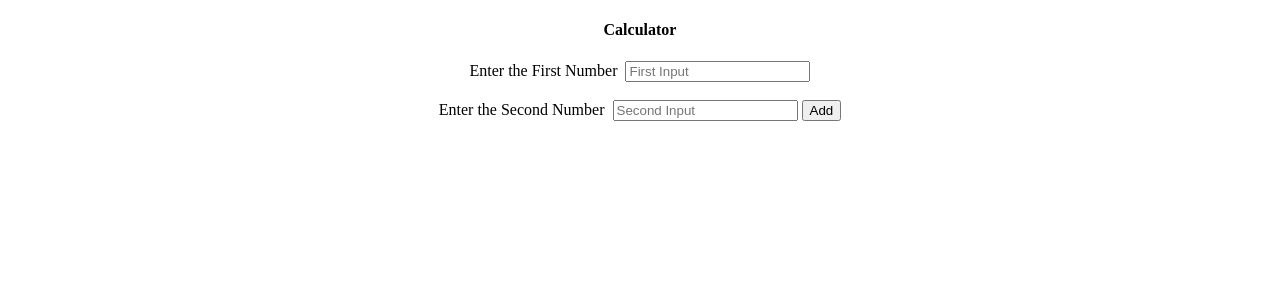
Repository: Shreyash1107/Intern_Projects
Page: Calculator/src/main/webapp/Calculator.html
These files come from the project's save history. The page is drawn as it stood at one moment and after the next save; the edit follows.
The browser window is 1280 px wide. The pictures show the whole page.

Above is the page before, as saved 2024-07-03 10:10:56.

### Calculator/src/main/webapp/Calculator.html
<!DOCTYPE html>
<html>
<head>
<meta charset="ISO-8859-1">
<title>Calculator</title>
</head>
<body>
		<center>
			<form>
				<div class="wrapper">
			<h4>Calculator</h4>
			<div class="container">
					<tr>
					<td>Enter the First Number</td>&nbsp;
						<td><input type="number" name="First" value="" placeholder="First Input"</td>
					</tr>
					<br><br>
					<tr>
						<td>Enter the Second Number</td>&nbsp;
						<td><input type="number" name="Second" value="" placeholder="Second Input"</td>
					</tr>
					<input type="submit" name="s" value="Add">
			</div>
		</div>
			</form>
		</center>
</body>
</html>

After the next save:
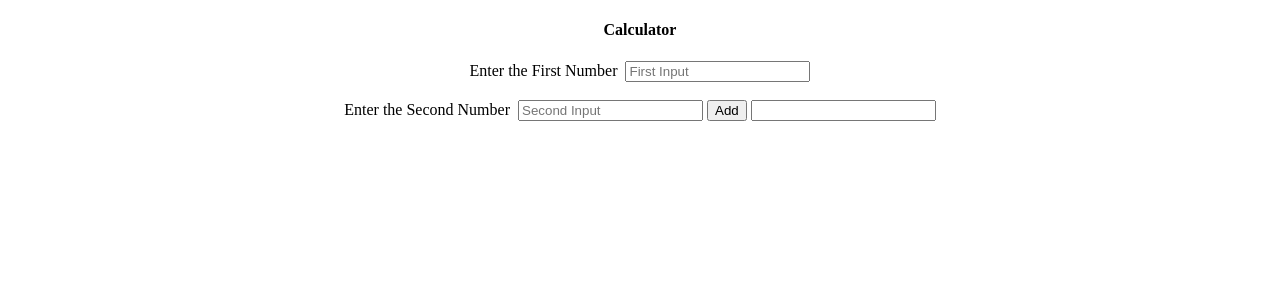
Saved 7 s later.
--- a/Calculator/src/main/webapp/Calculator.html
+++ b/Calculator/src/main/webapp/Calculator.html
@@ -20,6 +20,7 @@
 						<td><input type="number" name="Second" value="" placeholder="Second Input"</td>
 					</tr>
 					<input type="submit" name="s" value="Add">
+					<input type=""
 			</div>
 		</div>
 			</form>
